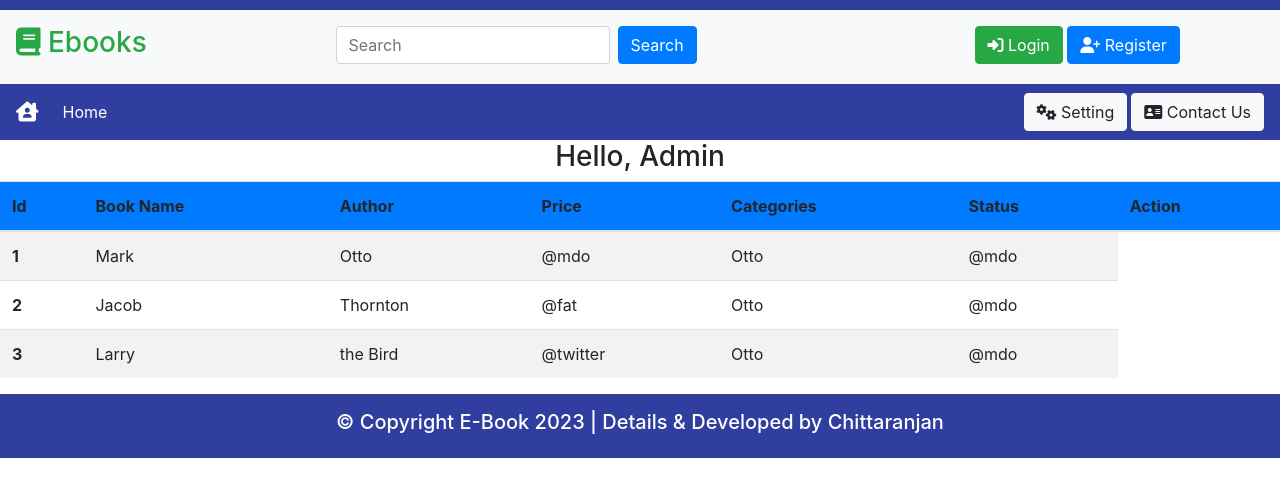
Repository: chittaranjan24/E-Books_Management_System
Page: http://localhost/Ebook-App/admin/all-books.jsp
These files come from the project's save history. The page is drawn as it stood at one moment and after the next save; the edit follows.
The browser window is 1280 px wide. The pictures show the whole page.
Some web libraries are served in a nearby version. The page is served by Tomcat 9. Other server files are loaded and not shown.

Above is the page before, as saved 2023-08-26 19:15:51.

### Ebook-App/src/main/webapp/admin/all-books.jsp
<%@ page language="java" contentType="text/html; charset=ISO-8859-1"
	pageEncoding="ISO-8859-1"%>
<!DOCTYPE html>
<html>
<head>
<meta charset="ISO-8859-1">
<title>Admin: All Books</title>
<%@include file="allCss.jsp"%>
</head>
<body>
	<%@include file="navbar.jsp"%>
	<h3 class="text-center">Hello, Admin</h3>

	<table class="table table-striped">
		<thead class="bg-primary">
			<tr>
				<th scope="col">Id</th>
				<th scope="col">Book Name</th>
				<th scope="col">Author</th>
				<th scope="col">Price</th>
				<th scope="col">Categories</th>
				<th scope="col">Status</th>
				<th scope="col">Action</th>
			</tr>
		</thead>
		<tbody>
			<tr>
				<th scope="row">1</th>
				<td>Mark</td>
				<td>Otto</td>
				<td>@mdo</td>
				<td>Otto</td>
				<td>@mdo</td>
			</tr>
			<tr>
				<th scope="row">2</th>
				<td>Jacob</td>
				<td>Thornton</td>
				<td>@fat</td>
				<td>Otto</td>
				<td>@mdo</td>
			</tr>
			<tr>
				<th scope="row">3</th>
				<td>Larry</td>
				<td>the Bird</td>
				<td>@twitter</td>
				<td>Otto</td>
				<td>@mdo</td>
			</tr>
		</tbody>
	</table>

	<%@include file="footer.jsp"%>
</body>
</html>

### Ebook-App/src/main/webapp/admin/allCss.jsp
<link rel="stylesheet"
	href="https://cdn.jsdelivr.net/npm/bootstrap@4.0.0/dist/css/bootstrap.min.css"
	integrity="sha384-Gn5384xqQ1aoWXA+058RXPxPg6fy4IWvTNh0E263XmFcJlSAwiGgFAW/dAiS6JXm"
	crossorigin="anonymous">


<script src="https://code.jquery.com/jquery-3.2.1.slim.min.js"
	integrity="sha384-KJ3o2DKtIkvYIK3UENzmM7KCkRr/rE9/Qpg6aAZGJwFDMVNA/GpGFF93hXpG5KkN"
	crossorigin="anonymous"></script>
<script
	src="https://cdn.jsdelivr.net/npm/popper.js@1.12.9/dist/umd/popper.min.js"
	integrity="sha384-ApNbgh9B+Y1QKtv3Rn7W3mgPxhU9K/ScQsAP7hUibX39j7fakFPskvXusvfa0b4Q"
	crossorigin="anonymous"></script>
<script
	src="https://cdn.jsdelivr.net/npm/bootstrap@4.0.0/dist/js/bootstrap.min.js"
	integrity="sha384-JZR6Spejh4U02d8jOt6vLEHfe/JQGiRRSQQxSfFWpi1MquVdAyjUar5+76PVCmYl"
	crossorigin="anonymous"></script>


<link rel="stylesheet"
	href="https://cdnjs.cloudflare.com/ajax/libs/font-awesome/6.4.2/css/all.min.css"
	integrity="sha512-z3gLpd7yknf1YoNbCzqRKc4qyor8gaKU1qmn+CShxbuBusANI9QpRohGBreCFkKxLhei6S9CQXFEbbKuqLg0DA=="
	crossorigin="anonymous" referrerpolicy="no-referrer" />


<link rel="stylesheet" href="style.css">

### Ebook-App/src/main/webapp/admin/navbar.jsp

<div class="container-fluid"
	style="height: 10px; background-color: #303f9f"></div>

<div class="container-fluid p-3 bg-light">
	<div class="row">
		<div class="col-md-3 text-success">
			<h3>
				<i class="fa-solid fa-book"></i> Ebooks
			</h3>
		</div>
		<div class="col-md-6">
			<form class="form-inline my-2 my-lg-0">
				<input class="form-control mr-sm-2" type="search"
					placeholder="Search" aria-label="Search">
				<button class="btn btn-primary my-2 my-sm-0" type="submit">Search</button>
			</form>
		</div>

		<div class="col-md-3">
			<a href="login.jsp" class="btn btn-success"><i
				class="fa-solid fa-right-to-bracket"></i> Login</a> <a
				href="register.jsp" class="btn btn-primary text-white"><i
				class="fa-solid fa-user-plus"></i> Register</a>
		</div>

	</div>
</div>


<nav class="navbar navbar-expand-lg navbar-dark bg-custom">
	<a class="navbar-brand" href="#"> <i
		class="fa-solid fa-house-chimney-user"></i>
	</a>
	<button class="navbar-toggler" type="button" data-toggle="collapse"
		data-target="#navbarSupportedContent"
		aria-controls="navbarSupportedContent" aria-expanded="false"
		aria-label="Toggle navigation">
		<span class="navbar-toggler-icon"></span>
	</button>

	<div class="collapse navbar-collapse" id="navbarSupportedContent">
		<ul class="navbar-nav mr-auto">
			<li class="nav-item active"><a class="nav-link" href="home.jsp">Home
					<span class="sr-only">(current)</span>
			</a></li>

		</ul>
		<form class="form-inline my-2 my-lg-0">

			<button class="btn btn-light my-2 my-sm-0" type="submit">
				<i class="fa-solid fa-gears"></i> Setting
			</button>
			<button class="btn btn-light my-2 my-sm-0 ml-1" type="submit">
				<i class="fa-solid fa-address-card"></i> Contact Us
			</button>

		</form>
	</div>
</nav>

### Ebook-App/src/main/webapp/admin/footer.jsp
<div class="container-fluid text-center text-white p-3 mt-2"
	style="background-color: #303f9f;">
	<h5>&copy; Copyright E-Book 2023 | Details &amp; Developed by Chittaranjan</h5>
</div>

### Ebook-App/src/main/webapp/admin/style.css
.bg-custom{
	background-color: #303f9f;
}

.navbar .nav-item:hover .nav-link {
	background-color: white;
	color: #303f9f;
	border-radius: 15px;
}

After the next save:
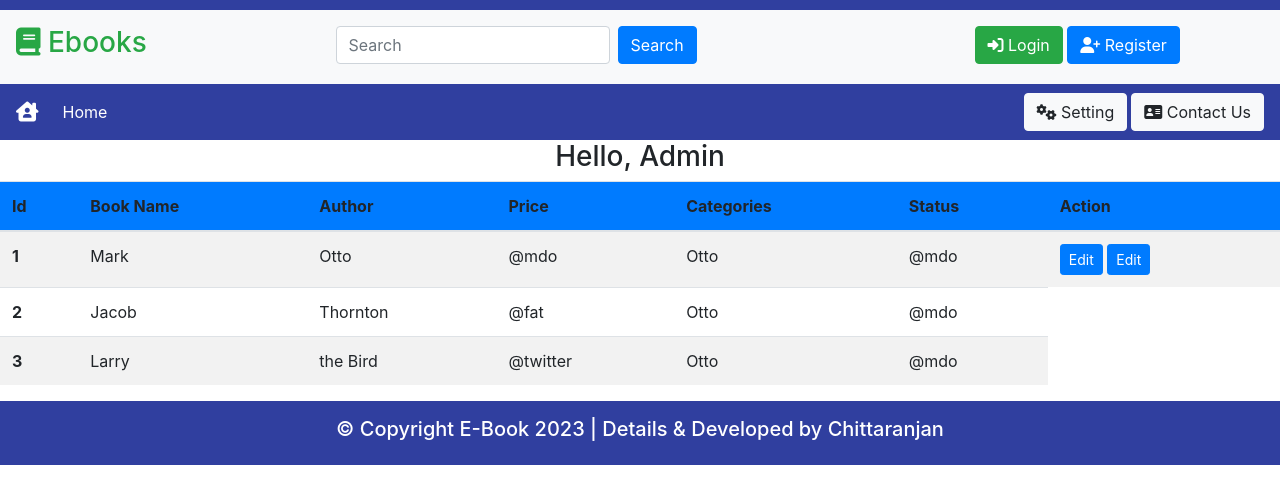
Saved 3 min 33 s later.
--- a/Ebook-App/src/main/webapp/admin/all-books.jsp
+++ b/Ebook-App/src/main/webapp/admin/all-books.jsp
@@ -31,6 +31,10 @@
 				<td>@mdo</td>
 				<td>Otto</td>
 				<td>@mdo</td>
+				<td>
+				<a href="#" class="btn btn-sm btn-primary">Edit</a>
+				<a href="#" class="btn btn-sm btn-primary">Edit</a>
+				</td>
 			</tr>
 			<tr>
 				<th scope="row">2</th>
